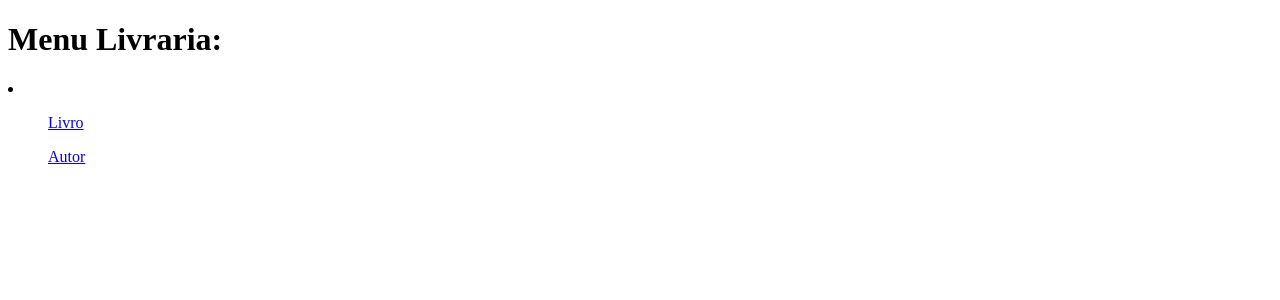
Repository: RaFaElMOW/ProjetoLivroWeb
Page: workspace_rafael/livraria02/WebContent/index.html
The author's editor kept a copy of each file at every save. The page is drawn from the files as they stood at one save, then again after the next save.
The browser window is 1280 px wide. The pictures show the whole page.

Above is the page before, as saved 2019-03-19 22:34:12.

After the next save:
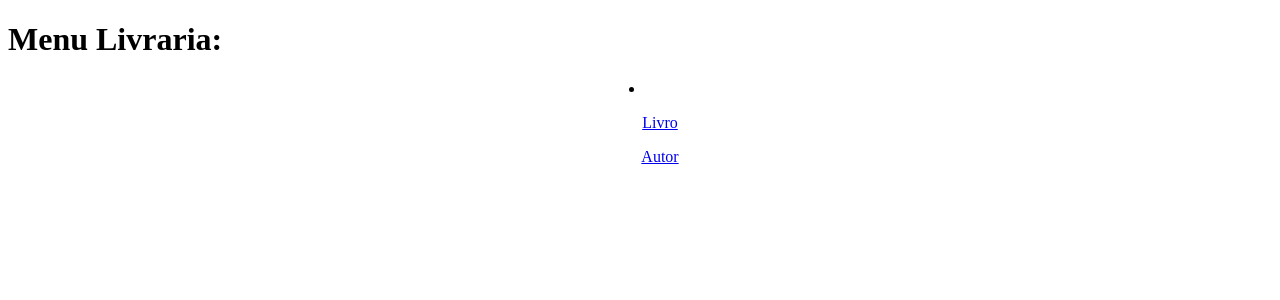
Saved 7 min 45 s later.
--- a/workspace_rafael/livraria02/WebContent/index.html
+++ b/workspace_rafael/livraria02/WebContent/index.html
@@ -7,13 +7,13 @@
 </head>
 <body>
 <h1>Menu Livraria:</h1>
-	<li>
+	<center><li>
 		<ol>
 			<a href="http://localhost:8080/livraria02/livro.xhtml">Livro</a>
 		</ol>
 		<ol>
 			<a href="http://localhost:8080/livraria02/autor.xhtml">Autor</a>
 		</ol>
-	</li>
+	</li></center>
 </body>
 </html>

After the save that followed:
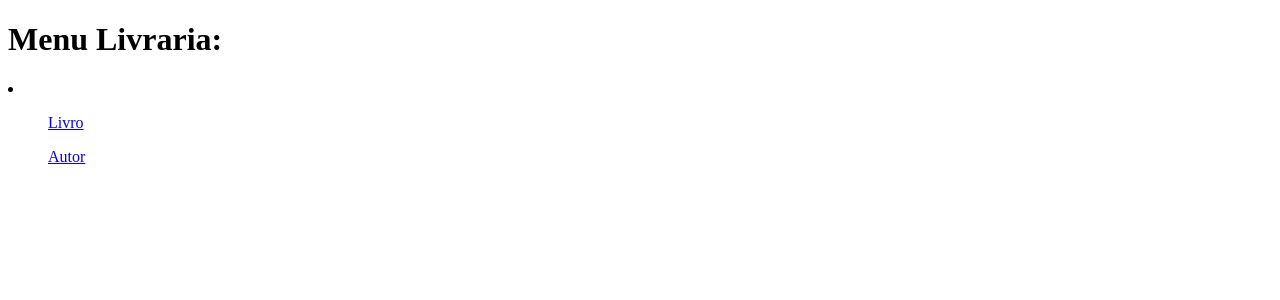
Saved 8 s later.
--- a/workspace_rafael/livraria02/WebContent/index.html
+++ b/workspace_rafael/livraria02/WebContent/index.html
@@ -7,13 +7,13 @@
 </head>
 <body>
 <h1>Menu Livraria:</h1>
-	<center><li>
+	<li>
 		<ol>
 			<a href="http://localhost:8080/livraria02/livro.xhtml">Livro</a>
 		</ol>
 		<ol>
 			<a href="http://localhost:8080/livraria02/autor.xhtml">Autor</a>
 		</ol>
-	</li></center>
+	</li>
 </body>
 </html>
